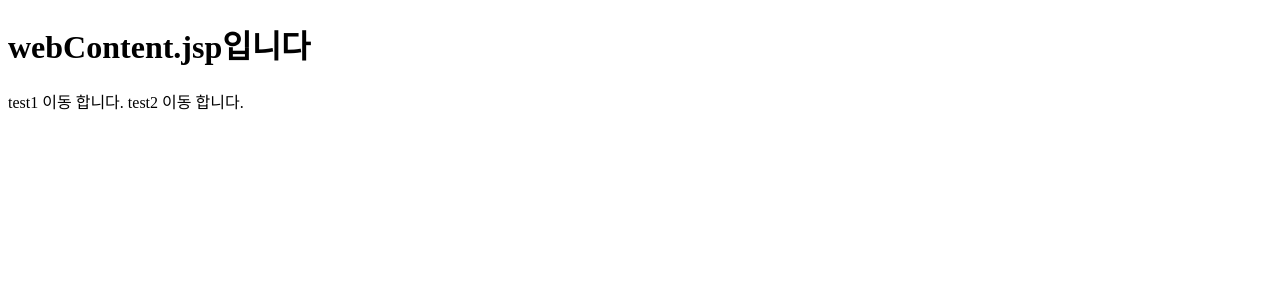
Repository: hangilyon/allJSPStudy
Page: http://localhost/jsp01/webContent.jsp
The author's editor kept a copy of each file at every save. The page is drawn from the files as they stood at one save, then again after the next save.
The browser window is 1280 px wide. The pictures show the whole page.
The page is served by Tomcat 9.

Above is the page before, as saved 2021-10-19 08:47:02.

After the next save:
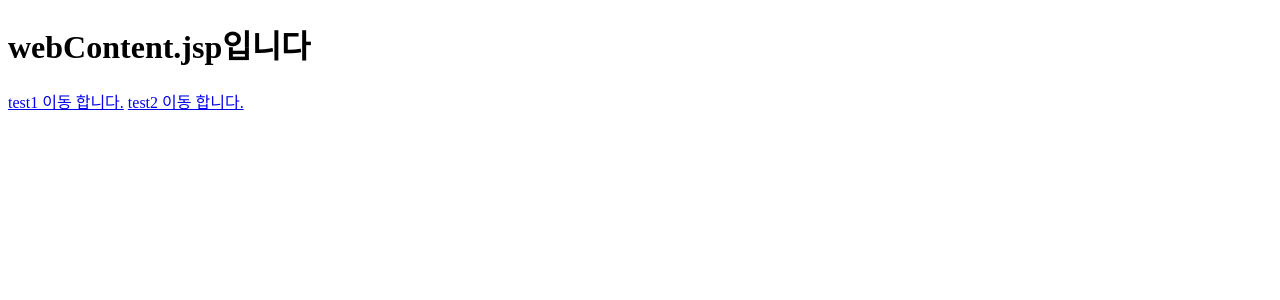
Saved 22 s later.
--- a/jsp01/src/main/webapp/webContent.jsp
+++ b/jsp01/src/main/webapp/webContent.jsp
@@ -8,7 +8,7 @@
 </head>
 <body>
 	<h1>webContent.jsp입니다</h1>
-	<a src="http://localhost:8085/jsp01/test1.jsp">test1 이동 합니다.</a>
-	<a src="http://localhost:8085/jsp01/test2.jsp">test2 이동 합니다.</a>
+	<a href="http://localhost:8085/jsp01/test1.jsp">test1 이동 합니다.</a>
+	<a href="http://localhost:8085/jsp01/test2.jsp">test2 이동 합니다.</a>
 </body>
 </html>
